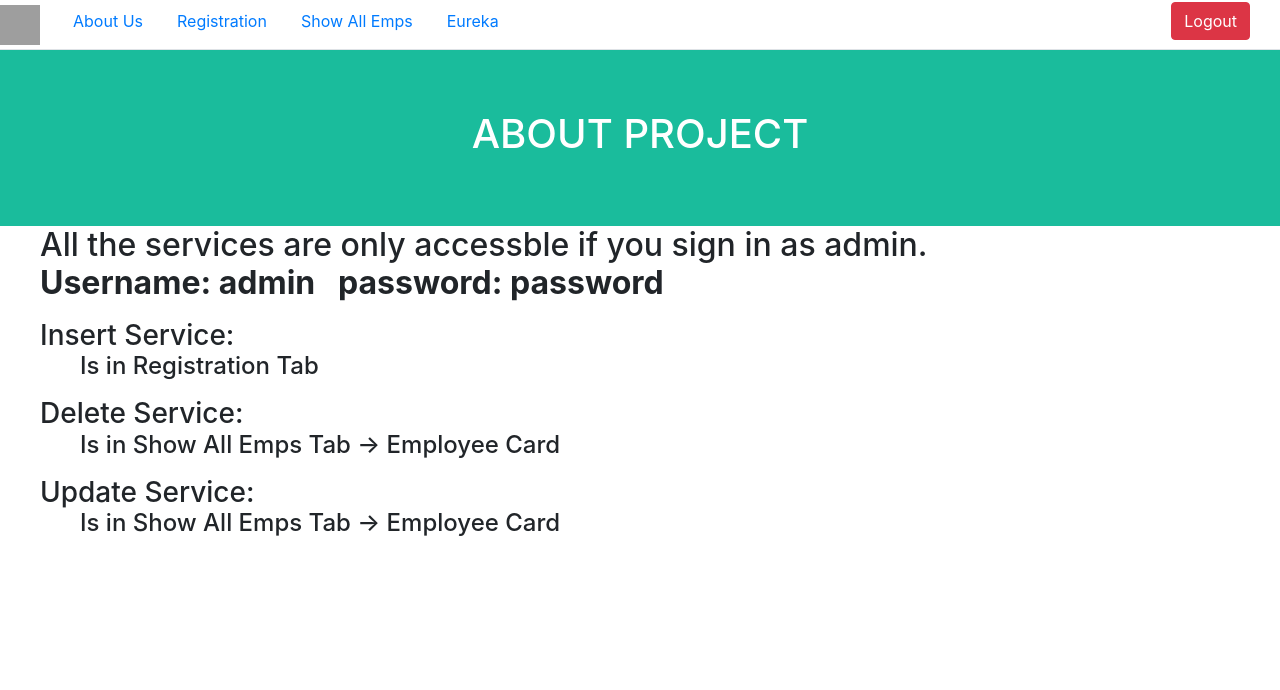
Repository: Shwetank-Chaudhary/EmployeeManagement-
Page: HomePage/src/main/webapp/AboutUs.html
The author's editor kept a copy of each file at every save. The page is drawn from the files as they stood at one save, then again after the next save.
The browser window is 1280 px wide. The pictures show the whole page.
Pictures or frames that could not be fetched are drawn as grey boxes.

Above is the page before, as saved 2024-01-01 17:17:11.

After the next save:
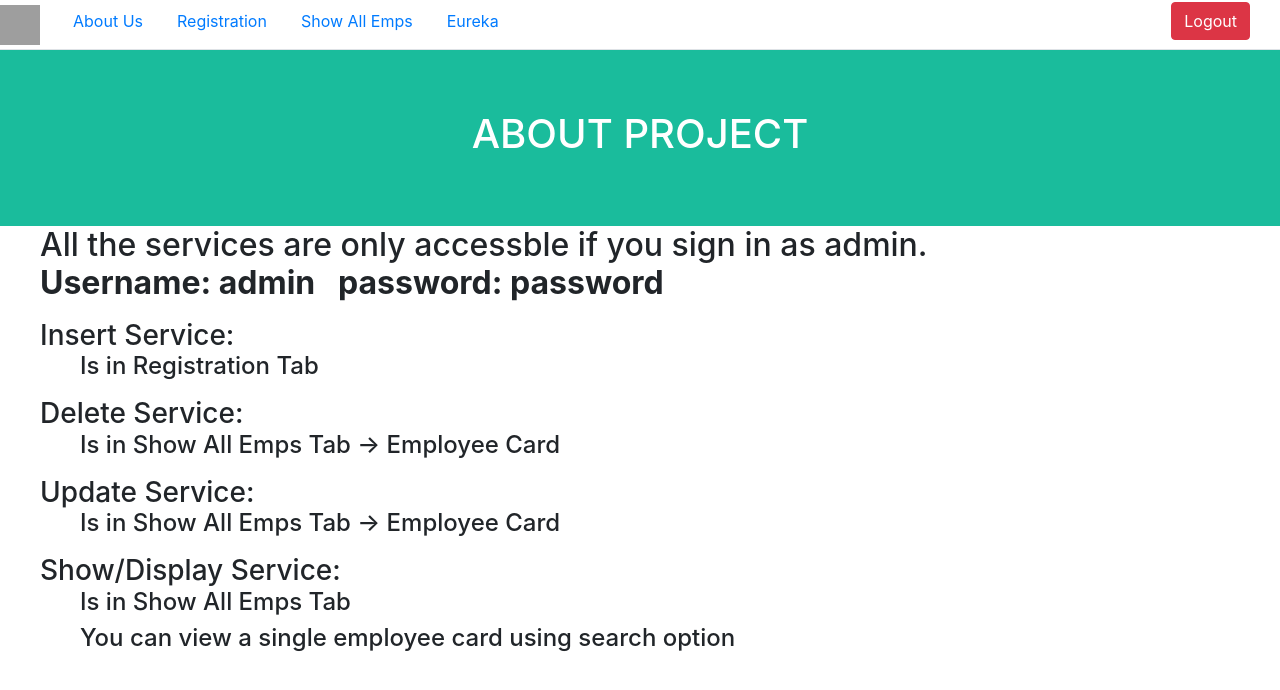
Saved 81 s later.
--- a/HomePage/src/main/webapp/AboutUs.html
+++ b/HomePage/src/main/webapp/AboutUs.html
@@ -70,6 +70,12 @@
 			<ul>Update Service:
 			<h4><ul>Is in Show All Emps Tab -> Employee Card</ul></h4>
 		</h3>
+
+		<h3>
+			<ul>Show/Display Service:
+			<h4><ul>Is in Show All Emps Tab </ul></h4>
+			<h4><ul>You can view a single employee card using search option</ul></h4>
+		</h3>
 		</div>
 
 </body>
